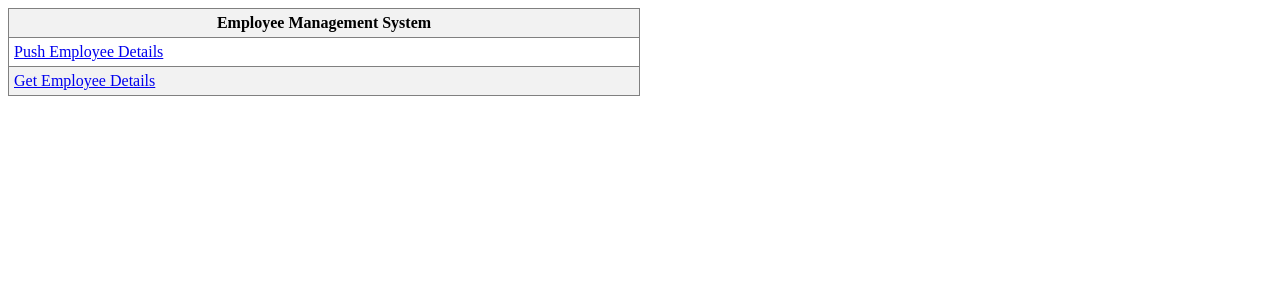
Repository: srjainapur/CRUD_Operation_With_Angular_Springboot
Page: angular-spring-demo/src/main/resources/static/EmployeeDetails.html
The author's editor kept a copy of each file at every save. The page is drawn from the files as they stood at one save, then again after the next save.
The browser window is 1280 px wide. The pictures show the whole page.
Some web libraries are served in a nearby version.

Above is the page before, as saved 2020-06-25 10:23:23.

### angular-spring-demo/src/main/resources/static/EmployeeDetails.html
<html>
	<head>
		<title>Employee Management Details</title>
		<script src="http://ajax.googleapis.com/ajax/libs/angularjs/1.4.8/angular.min.js"></script>

		<style>
         table, th , td {
            border: 1px solid grey;
            border-collapse: collapse;
            padding: 5px;
         }
         table tr:nth-child(odd) {
            background-color: #f2f2f2;
         }
         table tr:nth-child(even) {
            background-color: #ffffff;
         }
      </style>
	</head>

	<body>
			<table width="50%" border="0">
				<tr>
					<th colspan="1" align="middle">Employee Management System</th>
				</tr>
				<tr>
					<td>
						<a href="post_data.html">Push Employee Details</a>
					</td>
				</tr>
				<tr>
					<td>
						<a href="get_employee.html">Get Employee Details</a>
						<div ng-include="get_employee.htm"></div>
					</td>
				</tr>
			</table>
	</body>
</html>

After the next save:
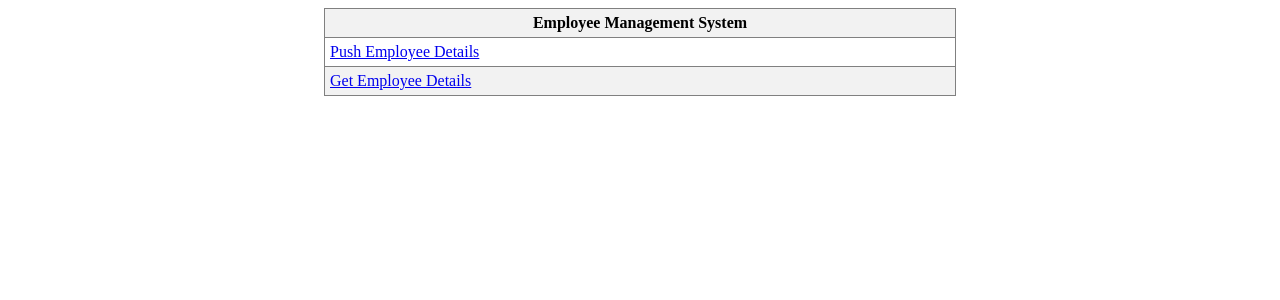
Saved 35 s later.
--- a/angular-spring-demo/src/main/resources/static/EmployeeDetails.html
+++ b/angular-spring-demo/src/main/resources/static/EmployeeDetails.html
@@ -19,7 +19,7 @@
 	</head>
 
 	<body>
-			<table width="50%" border="0">
+			<table width="50%" border="0" align="center">
 				<tr>
 					<th colspan="1" align="middle">Employee Management System</th>
 				</tr>
